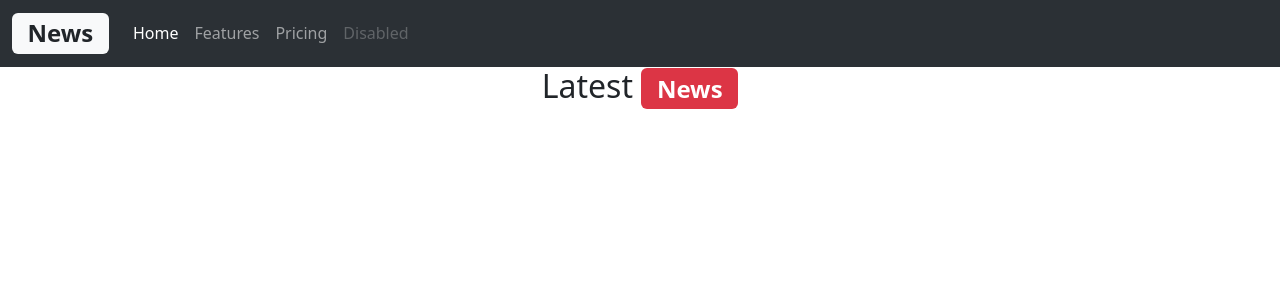
Repository: sshaiv/News_app
Page: /
These files come from the project's save history. The page is drawn as it stood at one moment and after the next save; the edit follows.
The browser window is 1280 px wide. The pictures show the whole page.
The page's requests for data from a server got no answer. The project was rebuilt for these pictures with package versions that can differ from the ones it lists, and the page was loaded fresh each time. No one was signed in, and anything a server would have sent is missing. Also part of the build but not shown: vite.config.js, src/Components/NewsItem.jsx, src/index.css.

Above is the page before, as saved 2024-07-14 20:52:42.

### index.html
<!doctype html>
<html lang="en">
  <head>
    <meta charset="UTF-8" />

    <meta name="viewport" content="width=device-width, initial-scale=1.0" />
    <title>News Mag</title>
    <link href="https://cdn.jsdelivr.net/npm/bootstrap@5.3.3/dist/css/bootstrap.min.css" rel="stylesheet" integrity="sha384-QWTKZyjpPEjISv5WaRU9OFeRpok6YctnYmDr5pNlyT2bRjXh0JMhjY6hW+ALEwIH" crossorigin="anonymous">
  </head>
  <body>
    <div id="root"></div>
    <script type="module" src="/src/main.jsx"></script>
    <script src="https://cdn.jsdelivr.net/npm/bootstrap@5.3.3/dist/js/bootstrap.bundle.min.js" integrity="sha384-YvpcrYf0tY3lHB60NNkmXc5s9fDVZLESaAA55NDzOxhy9GkcIdslK1eN7N6jIeHz" crossorigin="anonymous"></script>
  </body>
</html>

### src/App.jsx
// import React from 'react'
import Navbar from "./Components/Navbar"
import NewsBoard from "./Components/NewsBoard"
const App = () => {
  return (
    <div>
    <Navbar/>
    <NewsBoard/>


    </div>
  )
}

export default App

### src/Components/Navbar.jsx


const Navbar = () => {
  return (
    <div>
      <nav className="navbar navbar-expand-lg bg-body-tertiary" data-bs-theme="dark">
  <div className="container-fluid">
    <a className="navbar-brand" href="#"> <span className="badge bg-light  text-dark fs-4">News</span> </a>
    <button className="navbar-toggler" type="button" data-bs-toggle="collapse" data-bs-target="#navbarNav" aria-controls="navbarNav" aria-expanded="false" aria-label="Toggle navigation">
      <span className="navbar-toggler-icon"></span>
    </button>
    <div className="collapse navbar-collapse" id="navbarNav">
      <ul className="navbar-nav">
        <li className="nav-item">
          <a className="nav-link active" aria-current="page" href="#">Home</a>
        </li>
        <li className="nav-item">
          <a className="nav-link" href="#">Features</a>
        </li>
        <li className="nav-item">
          <a className="nav-link" href="#">Pricing</a>
        </li>
        <li className="nav-item">
          <a className="nav-link disabled" aria-disabled="true">Disabled</a>
        </li>
      </ul>
    </div>
  </div>
</nav>
    </div>
  )
}

export default Navbar

### src/Components/NewsBoard.jsx
import { useEffect } from "react";
import { useState } from "react"
import NewsItem from "./NewsItem";

const NewsBoard = () => {

    const [articles,setArticles]=useState([]);

useEffect(()=>{
    let url = `https://newsapi.org/v2/top-headlines?country=us&category=business&apiKey=${import.meta.env.VITE_API_KEY}`;
    fetch(url).then(response=>response.json()).then(data=>setArticles(data.articles));
},[])

  return (
    <div>
      <h2 className="text-center">Latest <span className="badge bg-danger">News</span> </h2>
    {articles.map((news,index)=>{
        return <NewsItem key={index} title={news.title} description={news.description} src={news.urlToImage}  url={news.url} />
    })}
    </div>
  )
}

export default NewsBoard

Loaded but not shown: src/main.jsx (common file)

After the next save:
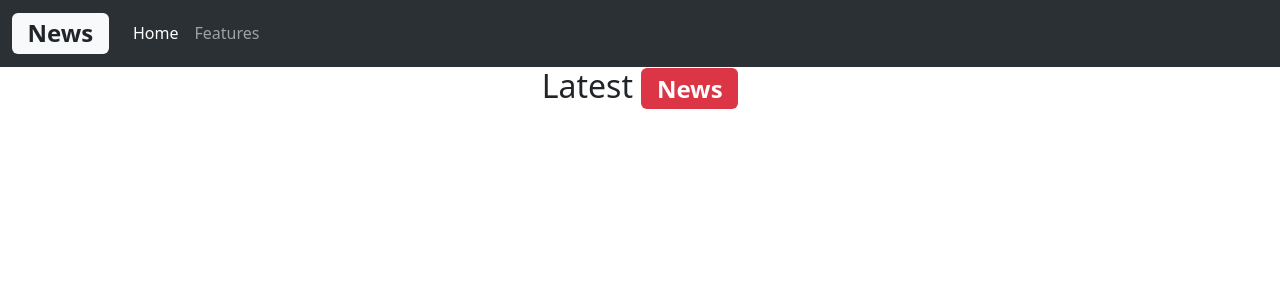
Saved 75 s later.
--- a/src/Components/Navbar.jsx
+++ b/src/Components/Navbar.jsx
@@ -17,12 +17,7 @@ const Navbar = () => {
         <li className="nav-item">
           <a className="nav-link" href="#">Features</a>
         </li>
-        <li className="nav-item">
-          <a className="nav-link" href="#">Pricing</a>
-        </li>
-        <li className="nav-item">
-          <a className="nav-link disabled" aria-disabled="true">Disabled</a>
-        </li>
+
       </ul>
     </div>
   </div>
